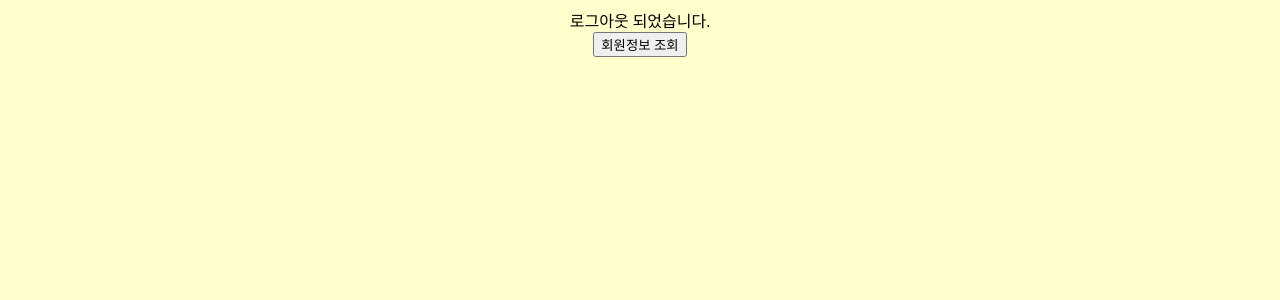
Repository: KangEunseo/2019-jsp-class
Page: http://localhost/BasicJSP/loginsession/logoutSession.jsp
These files come from the project's save history. The page is drawn as it stood at one moment and after the next save; the edit follows.
The browser window is 1280 px wide. The pictures show the whole page.
The page is served by Tomcat 9.

Above is the page before, as saved 2019-09-26 00:42:16.

After the next save:
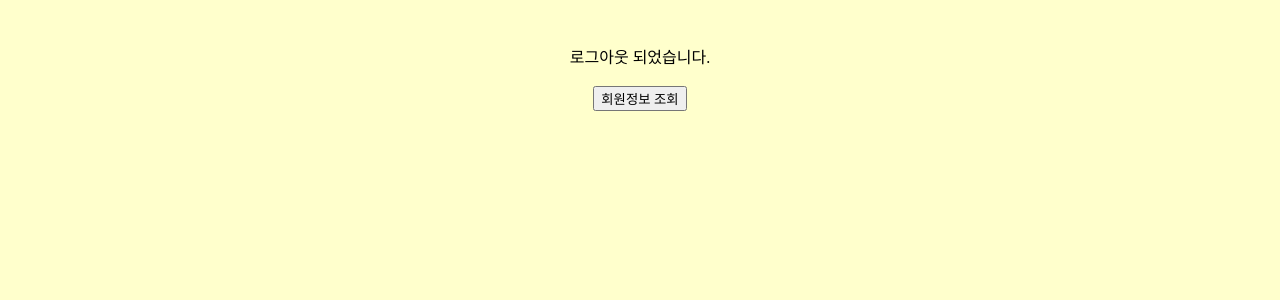
Saved 25 s later.
--- a/BasicJSP/WebContent/loginsession/logoutSession.jsp
+++ b/BasicJSP/WebContent/loginsession/logoutSession.jsp
@@ -10,8 +10,8 @@
 <div align="center">
 <%
 	session.invalidate();
-	out.println("로그아웃 되었습니다.");
 %>
+	<br><br>로그아웃 되었습니다.<br><br>
 	<form method="post" action="retrieve.jsp">
 		<input type="submit" value="회원정보 조회">
 	</form>
